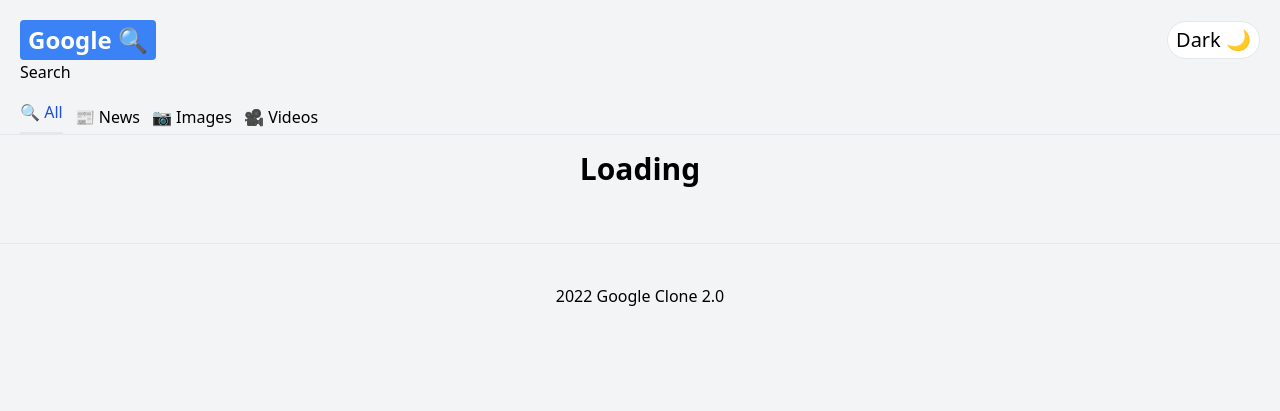
Repository: almaqdad55/google-search-clone-
Page: /search
These files come from the project's save history. The page is drawn as it stood at one moment and after the next save; the edit follows.
The browser window is 1280 px wide. The pictures show the whole page.
The page's requests for data from a server got no answer. The project was rebuilt for these pictures with package versions that can differ from the ones it lists, and the page was loaded fresh each time. No one was signed in, and anything a server would have sent is missing.

Above is the page before, as saved 2022-04-17 17:14:22.

### public/index.html
<!DOCTYPE html>
<html lang="en">
  <head>
    <meta charset="utf-8" />
    <link rel="icon" href="%PUBLIC_URL%/favicon.ico" />
    <meta name="viewport" content="width=device-width, initial-scale=1" />
    <meta name="theme-color" content="#000000" />
    <meta
      name="description"
      content="Web site created using create-react-app"
    />
    <link rel="apple-touch-icon" href="%PUBLIC_URL%/logo192.png" />

    <link rel="manifest" href="%PUBLIC_URL%/manifest.json" />

    <title>Google Search 2.0</title>
  </head>
  <body>
    <noscript>You need to enable JavaScript to run this app.</noscript>
    <div id="root"></div>

  </body>
</html>

### src/index.js
import React from 'react';
import ReactDOM from 'react-dom';
import { BrowserRouter as Router } from 'react-router-dom';
import { ResultContextProvider } from './contexts/ResultContextProvider';

import App from './App';
import './global.css';

ReactDOM.render(
  <ResultContextProvider>
    <Router>
      <App />
    </Router>
  </ResultContextProvider>,
  document.getElementById('root')
);

### src/contexts/ResultContextProvider.js
import React, { createContext, useContext, useState, useEffect } from 'react';

const ResultContext = createContext();

const baseURL = 'https://google-search3.p.rapidapi.com/api/v1';

export const ResultContextProvider = ({ children }) => {
  const [results, setResutls] = useState([]);
  const [loading, setLoading] = useState(false);
  const [searchTerm, setSearchTerm] = useState('Elon Musk');

  const getResults = async (url) => {
    setLoading(true);

    const response = await fetch(`${baseURL}${url}`, {
      method: 'GET',
      headers: {
        'X-User-Agent': 'desktop',
        'X-Proxy-Location': 'EU',
        'X-RapidAPI-Host': 'google-search3.p.rapidapi.com',
        'X-RapidAPI-Key': 'b65777db27msha2a2e5ffb41a5dfp1c5857jsn7c2a0d4305f0',
      },
    });

    const data = await response.json();
    console.log('DATA>>>>, ', data);

    if (url.includes('/news')) {
      setResutls(data.entries);
    } else if (url.includes('/image')) {
      setResutls(data.image_results);
    } else {
      setResutls(data.results);
    }

    setLoading(false);
  };

  return (
    <ResultContext.Provider
      value={{ getResults, results, searchTerm, setSearchTerm, loading }}
    >
      {children}
    </ResultContext.Provider>
  );
};

export const useResultContext = () => useContext(ResultContext);

### src/App.js
import React, { useState } from 'react';
import Navbar from './components/Navbar';
import Footer from './components/Footer';
import Routers from './components/Routers';

const App = () => {
  const [darkTheme, setDarkTheme] = useState(false);

  return (
    <div className={darkTheme ? 'dark' : ''}>
      <div className="bg-gray-100 dark:bg-gray-900 dark:text-gray-200 min-h-screen">
        <Navbar darkTheme={darkTheme} setDarkTheme={setDarkTheme} />
        <Routers />
        <Footer />
      </div>
    </div>
  );
};

export default App;

### src/components/Navbar.jsx
import React from 'react';
import { Link } from 'react-router-dom';
import Search from './Search';

const Navbar = ({ darkTheme, setDarkTheme }) => {
  return (
    <div
      className="p-5 pb-0 flex flex-wrap sm:justify-between
        justify-center items-center border-b drak:border-gray-700 border-gray-200"
    >
      <div className="flex justify-between items-center space-x-5 w-screen">
        <Link to="/">
          <p
            className="text-2xl bg-blue-500 font-bold text-white py-1 px-2 rounded
            dark:bg-gray-500 dark:text-gray-900"
          >
            Google 🔍
          </p>
        </Link>
        <button
          className="text-xl dark:bg-gray-50 dark:text-gray-900 bg-white border rounded-full px-2 py-1
          hover:shadow-lg"
          type="button"
          onClick={() => setDarkTheme(!darkTheme)}
        >
          {darkTheme ? 'Light 💡' : 'Dark 🌙'}
        </button>
      </div>
      <Search />
    </div>
  );
};

export default Navbar;

### src/components/Footer.jsx
import React from 'react';

const Footer = () => {
  return (
    <div
      className="text-center p-10 mt-10 border-t dark:border-gray-700 border-gray-200
  "
    >
      <h1>2022 Google Clone 2.0</h1>
    </div>
  );
};

export default Footer;

### src/components/Routers.jsx
import React from 'react';
import { render } from 'react-dom';
import { BrowserRouter, Routes, Route, Navigate } from 'react-router-dom';
import Results from './Results';

const Routers = () => {
  return (
    <div className="p-4">
      <Routes>
        <Route path="/">
          <Route path="/" element={<Navigate replace to="/search" />} />
        </Route>
        {['/search', '/image', '/news', '/video'].map((path) => (
          <Route key="Results" exact path={path} element={<Results />} />
        ))}
      </Routes>
    </div>
  );
};

export default Routers;

### src/components/Search.jsx
import React, { useEffect, useState } from 'react';
import Links from './Links';
import { useDebounce } from 'use-debounce';
import { useResultContext } from '../contexts/ResultContextProvider';

const Search = () => {
  const [text, setText] = useState('Elon Musk');
  const { setSearchTerm } = useResultContext();
  const [debouncedValue] = useDebounce(text, 300);

  useEffect(() => {
    if (debouncedValue) setSearchTerm(debouncedValue);
  }, [debouncedValue]);

  return (
    <div>
      Search
      <Links />
    </div>
  );
};

export default Search;

### src/components/Results.jsx
import React, { useEffect } from 'react';
import { useLocation } from 'react-router-dom';
import ReactPlayer from 'react-player';
import Loading from './Loading';

import { useResultContext } from '../contexts/ResultContextProvider';

const Results = () => {
  const { results, getResults, searchTerm, loading } = useResultContext();
  const location = useLocation(); // /news, /images, /videos

  useEffect(() => {
    if (searchTerm) {
      getResults(`${location.pathname}/q=${searchTerm}&num=40`);
    }
  }, [searchTerm, location.pathname]);

  if (loading) return <Loading />;

  switch (location.pathname) {
    case '/search':
      return (
        <div className="flex flex-wrap justify-between space-y-6 sm:px-56">
          {results?.map(({ link, title }, index) => (
            <div key={index} className="md:w-2/5 w-full">
              <a href={link} target="_blank" rel="noreferrer">
                <p className="text-sm">
                  {link.length > 30 ? link.substring(0, 30) : link}
                </p>

                <p className="text-lg hover:underline dark:text-blue-300 text-blue-700">
                  {title}
                </p>
              </a>
            </div>
          ))}
        </div>
      );

    case '/image':
      console.log('RETURN IMAGE>>>', results);
      return (
        <div className="flex flex-wrap justify-center items-center">
          {results?.map(({ image, link: { href, title } }, index) => (
            <a
              href={href}
              target="_blank"
              key={index}
              rel="noreferrer"
              className="sm:p-3 p-5"
            >
              <img src={image?.src} alt={title} loading="lazy" />
              <p className="sm:w-36 w-36 break-words text-sm mt-2">{title}</p>
            </a>
          ))}
        </div>
      );

    case '/news':
      return (
        <div className="flex flex-wrap justify-between space-y-6 sm:px-56 items-center">
          {results?.map(({ links, id, source, title }) => (
            <div key={id} className="md:w-2/5 w-full">
              <a
                href={links?.[0].href}
                target="_blank"
                rel="noreferrer"
                className="hover:underline"
              >
                <p className="text-lg  dark:text-blue-300 text-blue-700">
                  {title}
                </p>
              </a>
              <div className="flex gap-4 ">
                <a href={source?.href} arget="_blank" rel="noreferrer">
                  {source?.href}
                </a>
              </div>
            </div>
          ))}
        </div>
      );

    case '/video':
      console.log('Video Results >>>', results);
      return (
        <div className="flex flex-wrap">
          {results.map((video, index) => (
            <div key={index} className="p-2">
              <ReactPlayer
                url={video.additional_links?.[0].href}
                controls
                width="355px"
                height="200px"
              />
            </div>
          ))}
        </div>
      );

    default:
      return 'ERROR';
  }
};

export default Results;

### src/components/Links.jsx
import React from 'react';
import { NavLink } from 'react-router-dom';

const links = [
  { url: '/search', text: '🔍 All' },
  { url: '/news', text: '📰  News' },
  { url: '/image', text: '📷 Images' },
  { url: '/video', text: '🎥 Videos' },
];

const Links = () => {
  return (
    <div className="flex sm:justify-around justify-between items-center mt-4 space-x-3">
      {links.map(({ url, text }) => (
        <NavLink
          key={url}
          to={url}
          className={({ isActive }) =>
            isActive ? 'text-blue-700 border-b-2 dark:text-blue-700 pb-2' : ''
          }
        >
          {text}
        </NavLink>
      ))}
    </div>
  );
};

export default Links;

### src/components/Loading.jsx
import React from 'react';

const Loading = () => {
  return (
    <h1 className="flex justify-center items-center text-3xl font-extrabold">
      Loading
    </h1>
  );
};

export default Loading;

### tailwind.config.js
module.exports = {
  content: ['./src/**/*.{js,jsx,ts,tsx}'],
  darkMode: 'class',
  theme: {
    extend: {},
  },
  plugins: [],
};

Loaded but not shown: src/global.css (common file)

After the next save:
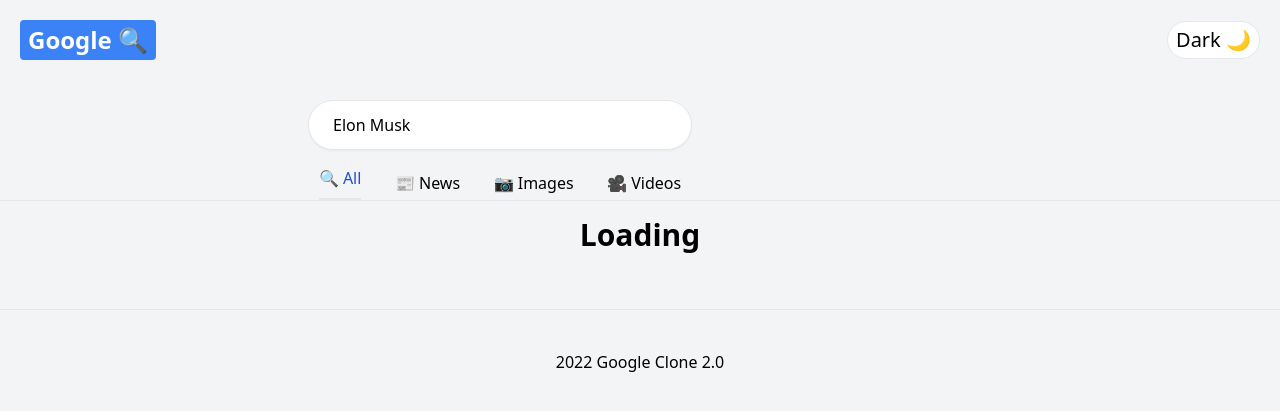
Saved 2 min 24 s later.
--- a/src/components/Search.jsx
+++ b/src/components/Search.jsx
@@ -13,8 +13,13 @@
   }, [debouncedValue]);
 
   return (
-    <div>
-      Search
+    <div className="relative sm:ml-48 md:ml-72 sm:mt-10 mt-3">
+      <input
+        type="text"
+        value={text}
+        className="sm:w-96 w-80 h-10 dark:bg-gray-200 border rounded-full shadow-sm outline-none p-6
+       text-black hover:shadow-lg"
+      />
       <Links />
     </div>
   );
